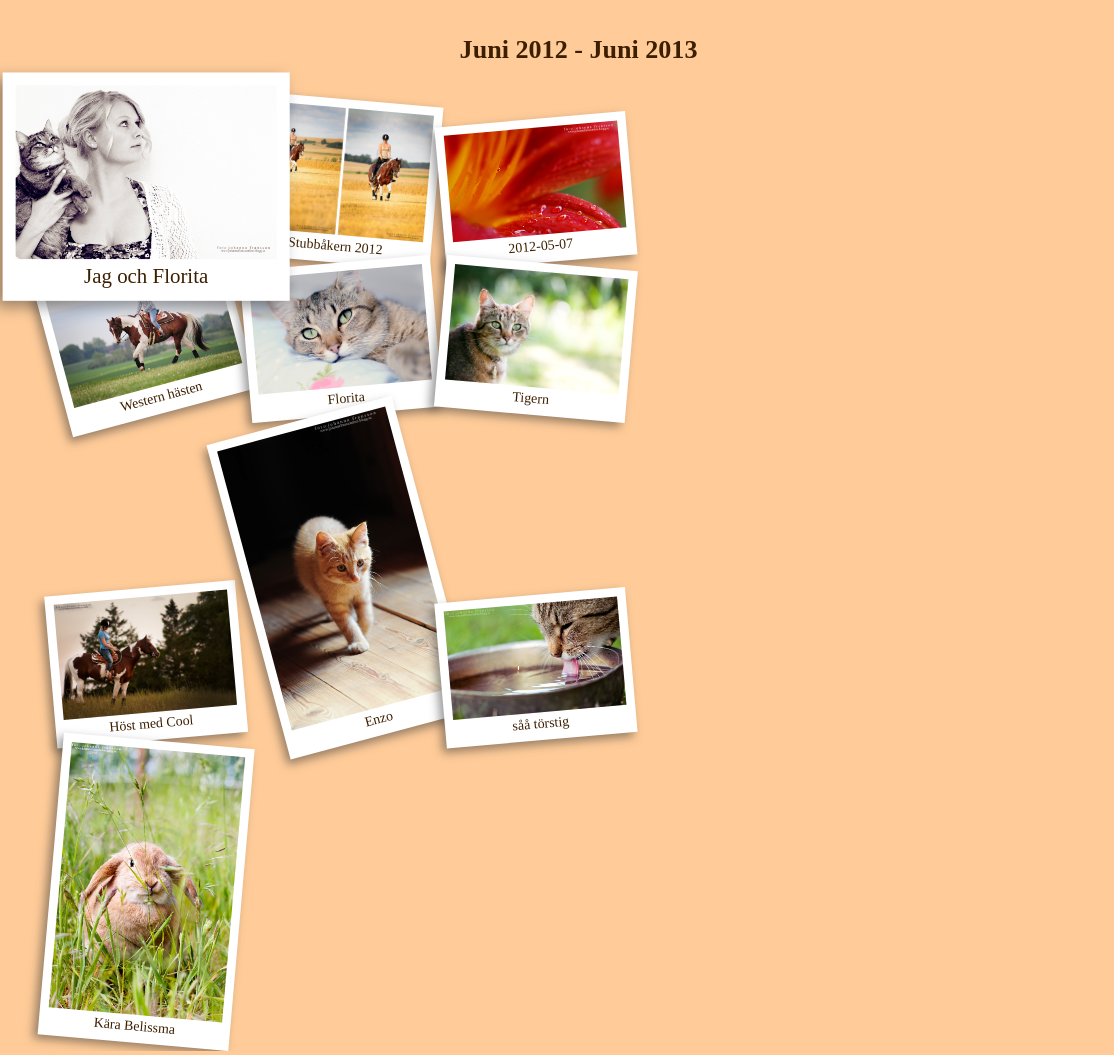
Repository: RebeccaFransson/Interfacedevelopment-1IK415
Page: galleri/index.html
The author's editor kept a record of every edit. The page is drawn from the files as they stood at one moment, then again after the next edit.
The browser window is 1280 px wide. The pictures show the whole page, at 87% of full size.
The pointer rests on the first visible `#images a`.

Above is the page before.

After the next edit:
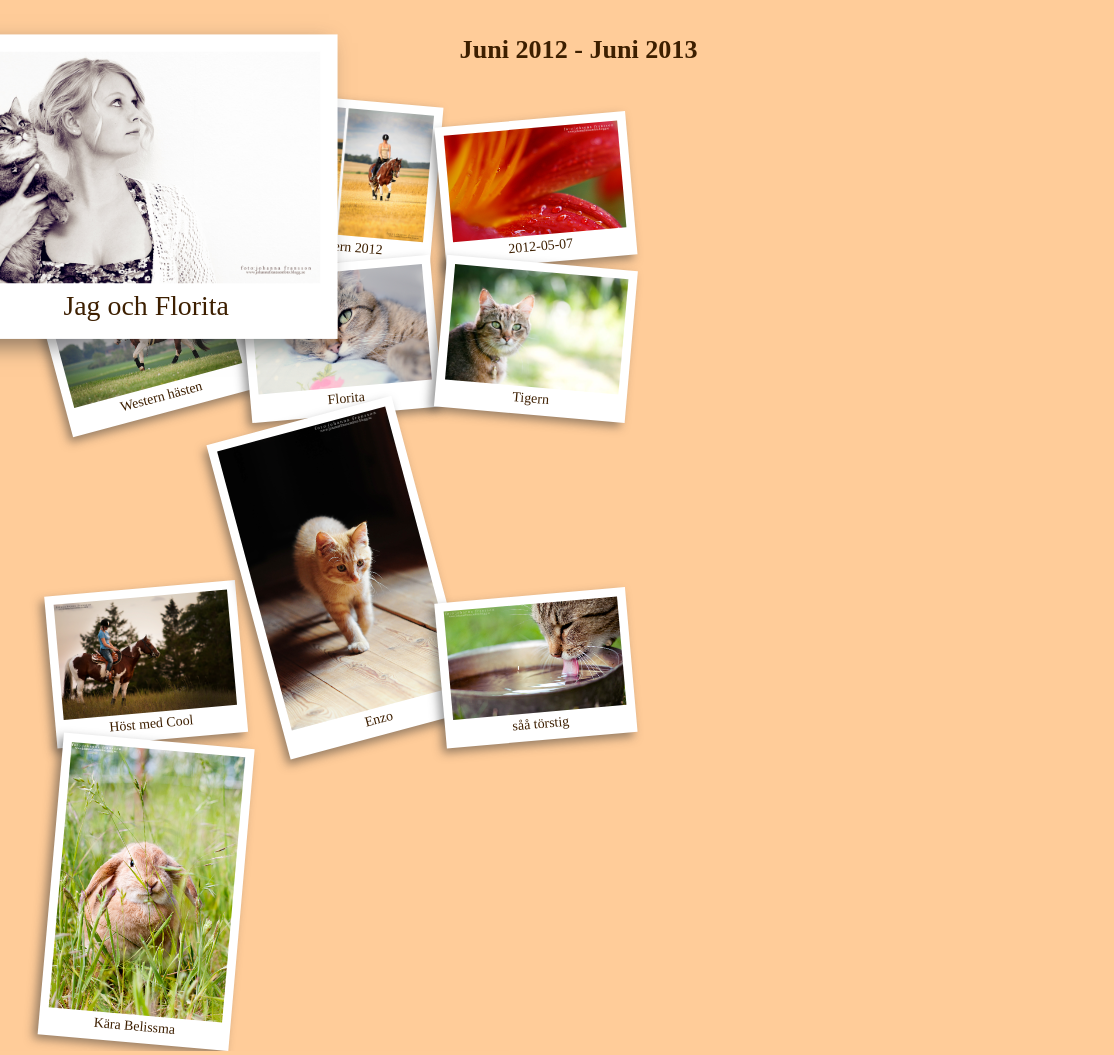
The edit:
--- a/galleri/css/style.css
+++ b/galleri/css/style.css
@@ -52,7 +52,7 @@
 }
 
 #images a:hover{
-    transform:  scale(1.5);
+    transform:  scale(2);
     position:relative;
     z-index:2;
     transition: 1.2s;
